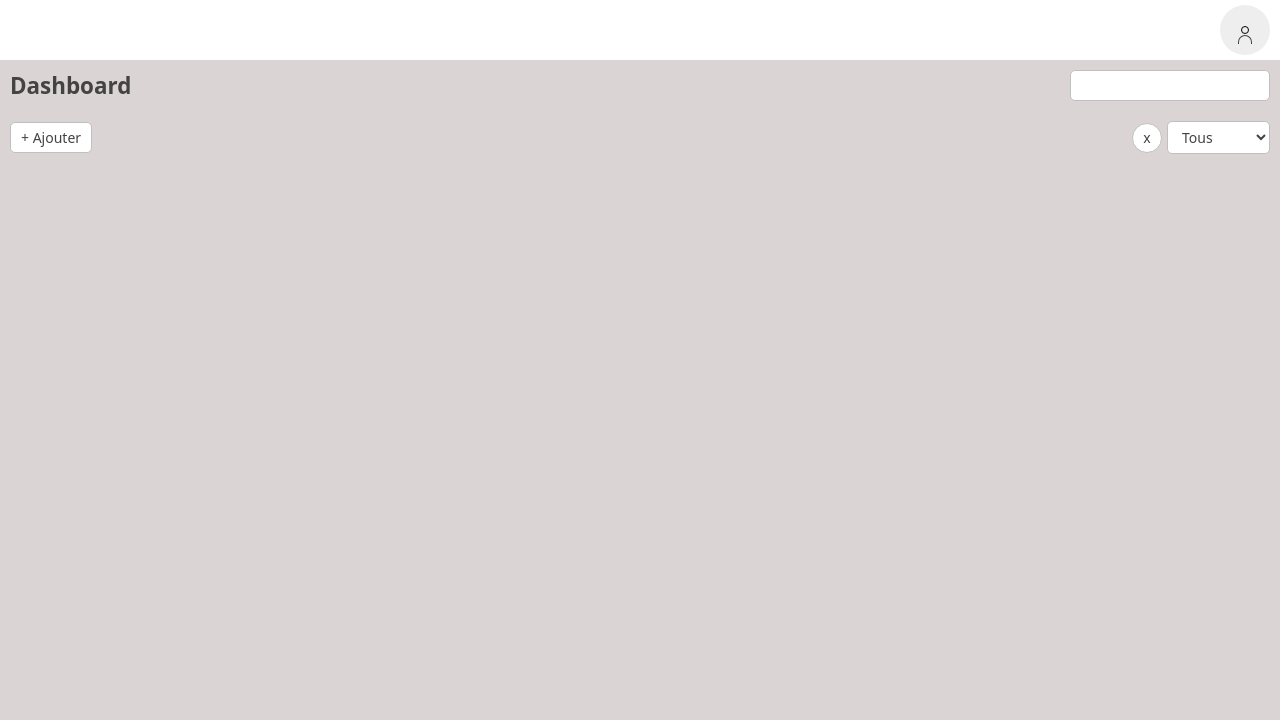
Repository: zpaulange/task_manager
Page: dashboard/index.html
An editor plug-in stored every save of this project. The page is shown before and after a run of saves, followed by the edit.
The browser window is 1280 px wide. The pictures show the whole page.

Above is the page before, as saved 2025-03-06 17:35:35.

### dashboard/index.html
<!DOCTYPE html>
<html lang="en">
<head>
    <meta charset="UTF-8">
    <meta name="viewport" content="width=device-width, initial-scale=1.0">
    <link rel="stylesheet" href="../assets/styles/dashboard/style.css">
    <title>Document</title>
</head>
<body>
  <section class="dashboard">
    <div class="dashboard_right">
      <nav class="dashbaord_nav">
        <a href="#" class="dashbaord_nav_avatar">
          <span></span>
        </a>
      </nav>
      <main class="main">
        <div class="main_header">
          <h1 class="main_header_title">Dashboard</h1>
          <input type="search" name="search" class=" main_header_search" style="width:200px">
        </div>
        <div class="main_header_actions">
          <div class="main_header_actions_left">
            <button class="main_header_actions_btn" id="addTask">+ Ajouter</button>
          </div>
          <div class="main_header_actions_right">
            <button class="main_header_actions_right_btnDel rounded-btn del">x</button>
            <select name="filter" class="main_header_actions_right_filter" id="">
              <option value="0">Tous</option>
              <option value="1">En cours</option>
              <option value="2">Annulés</option>
              <option value="3">Terminés</option>
            </select>
          </div>
        </div>
        <section class="main-task">
          <div class="main-task__content" id="main-task__content">
            <!-- <div class="main-task__content-item">
              <div class="main-task__content-item__title">
                Task title
              </div>
              <p class="main-task__content-item__desc">
                orem ipsum dolor sit amet consectetur adipisicing elit. Est molestias doloremque ex vitae, voluptatibus, saepe sed necessitatibus, dolorum unde debitis vel aperiam quaerat. Maiores ad, minima aliquid consequuntur natus quae!
              </p>
              <div class="main-task__content-item__date">
                2022-01-01
              </div>
              <div class="main-task__content-item__actions">
                <span class="main-task__content-item__actions_status completed">
                  Terminée
                </span>
                <div>
                  <button class="rounded-btn see-more">v+</button>
                  <button class="rounded-btn modify">m</button>
                  <button class="rounded-btn validate">va</button>
                </div>
              </div>
              <input type="radio" name="checkTask" class="checkTask" id="checkTask">
            </div> -->
          </div>
          <!-- <section class="box box-center">
            <h1>Aucune tache disponible...</h1>
          </section> -->

        </section>
      </main>
    </div>
  </section>

  <!-- Modal -->
  <div class="modal" id="taskModal">
    <div class="modal-container">
      <h2 class="modal_title">Ajouter une tache</h2>
      <form action="#" class="form">
        <div class="form_item">
          <label for="taskTitle" class="">Titre</label>
          <input type="text">
        </div>
        <div class="form_item">
          <label for="taskDescription" class="">Description</label>
          <textarea></textarea>
        </div>
        <div class="form_item">
          <label for="taskDate" class="">Date limite</label>
          <input type="date">
        </div>
        <div class="form_item-btn">
          <button id="closeModal">Annuler</button>
          <button type="submit">Ajouter</button>
        </div>
      </form>
    </div>
  </div>

  <script src="../assets/js/script.js"></script>
</body>
</html>

### assets/styles/dashboard/style.css
*{
  margin:0;
  padding:0;
  box-sizing: border-box;
  position:relative;
  font-family: system-ui, sans-serif;
  font-size: 14px;
  color:#434343;
}
body{
  overflow-x: hidden;
}
a{
  text-decoration: none;
}
a:active, a:hover{
  color:#434343;
}
img{
  width: 100%;
  height: auto;
}
ul li{
  list-style: none;
}
input[type="search"],
input[type="text"],
input[type="date"], textarea{
  padding:5px 10px;
  border-radius:5px;
  border:1px solid silver;
  display: block;
  width: 100%;
}
input:focus, select:focus, textarea:focus{
  outline: none;
}

.dashboard{
  min-height: 100vh;
  background-color: #dbd4d4;
}

.dashboard_right{
  min-height: 100vh;
}
.dashbaord_nav{
  background-color: #fff;
  padding:5px 10px;
  display: flex;
  align-items:center;
  justify-content: flex-end;
  z-index: 1000;
  position: sticky;
  top:0;
  left:0;
}
.dashbaord_nav_avatar{
  display: flex;
  align-items: center;
  justify-content: center;
  height:50px;
  width: 50px;
  border-radius:50%;
  background-color: #eee;

}
.dashbaord_nav_avatar span{
  display: inline-block;
  height: 8px;
  width: 8px;
  border-radius:50%;
  border:1px solid #000
}
.dashbaord_nav_avatar span:before{
  content:'';
  position: absolute;
  height: 8px;
  width: 12px;
  border:1px solid;
  left:50%;
  transform: translateX(-50%);
  top:8px;
  border-bottom: none;
  border-top-left-radius: 10px;
  border-top-right-radius: 10px;
}

.main{
  padding:10px;
}
.main_header_title{
  font-size: 1.6rem;
}
.box{
  min-height: calc(100vh - 180px);
  background-color: #fff;
  border-radius:5px;
  padding:10px;
  margin-top:20px
}
.box.box-center{
  display: flex;
  align-items:center;
  justify-content: center;
}

.main_header{
  display: flex;
  justify-content: space-between;
  align-items:center;
  margin-bottom:20px;
}
.main_header_actions{
  display: flex;
  justify-content: space-between;
  align-items:center;
}
.main_header_actions_btn{
  padding:5px 10px;
  border-radius:5px;
  border:1px solid silver;
  background-color: #fff;
  cursor: pointer;
  transition: .2s;
}
.main_header_actions_btn:hover{
  background-color:blue;
  color:#fff;
}
.main_header_actions_right{
  display: flex;
  align-items:center;
  gap:5px;
}
.rounded-btn{
  border-radius:50%;
  border:1px solid silver;
  background-color: #fff;
  cursor: pointer;
  transition: .2s;
  cursor:pointer;
  width: 30px;
  height: 30px;
}
.rounded-btn.del:hover{
  background-color:red;
  color:#fff;
}
.rounded-btn.see-more:hover{
  background-color:blue;
  color:#fff;
}
.rounded-btn.modify:hover{
  background-color:rgb(172, 172, 14);
  color:#fff;
}
.rounded-btn.validate:hover{
  background-color:green;
  color:#fff;
}
.main_header_actions_right_filter{
  padding:5px 10px;
  border-radius:5px;
  border:1px solid silver;
  background-color: #fff;
}

.main-task__content{
  margin-top:20px;
  display: grid;
  grid-template-columns: repeat(auto-fill, minmax(300px, 1fr));
  gap:10px
}
.main-task__content-item{
  background-color:#fff;
  padding:10px;
  border-radius:5px;
  border:1px solid silver
}
.main-task__content-item__title{
  font-size: 1.2rem;
  font-weight: 600;
  padding-right:30px;
}
.main-task__content-item__desc{
  font-size: .8rem;
  line-height: 1.2rem;
  margin-top:10px;
  margin-bottom:10px;
}
.main-task__content-item__date{
  font-size: .8rem;
  text-align: right;
  font-style: italic;
}

.main-task__content-item__actions{
  display: flex;
  justify-content: space-between;
  align-items:center;
  margin-top:10px;
}
.main-task__content-item__actions_status, .form_item-btn button{
  padding:5px 10px;
  border-radius:5px;
  background-color: #fff;
  border:1px solid silver;
  font-size: .8rem;
  font-weight: 600;
}
.main-task__content-item__actions_status.canceled{
  color:red;
  border-color:red;
}
.main-task__content-item__actions_status.pending{
  color:blue;
  border-color:blue;
}
.main-task__content-item__actions_status.completed{
  color:green;
  border-color:green;
}
.checkTask{
  position:absolute;
  top:10px;
  right:10px;
}
.modal{
  position: fixed;
  top:50%;
  left:50%;
  transform: translate(-50%, -50%) scale(0);
  width: 100%;
  height: 100vh;
  background-color: rgba(0, 0, 0, .5);
  display: flex;
  justify-content: center;
  align-items: center;
  z-index: 9999;
  transition:.5s;
}
.modal.active{
  transform: translate(-50%, -50%) scale(1);
}
.modal_title{
  font-size: 1.2rem;
  font-weight: 600;
  margin-bottom:25px;
}
.modal-container{
  background-color: #fff;
  padding:10px;
  border-radius:5px;
  border:1px solid silver;
}

.form_item{
  margin-bottom:20px;
}
.form_item label{
  margin-bottom:3px;
}
.form_item-btn{
  margin-top:10px;
  display: flex;
  justify-content: flex-end;
  gap:10px;

}
.form_item-btn button:hover{
  background-color:blue;
  color:#fff;
  cursor:pointer
}

### assets/js/script.js
const addNewTask = document.querySelector('#addTask')
const addNewTaskModal = document.querySelector('#taskModal')
const closeModal = document.querySelector('#closeModal')

addNewTask.addEventListener('click', (e) => {
  e.preventDefault()
  addNewTaskModal.classList.add('active')
})

closeModal.addEventListener('click', (e) => {
  e.preventDefault()
  addNewTaskModal.classList.remove('active')
})

const TASK = {
  initTask:function(){
    const task = localStorage.getItem('tasks')
    if(task){
      return JSON.parse(task)
    }else{
      localStorage.setItem('tasks', JSON.stringify([]))
    }
    /* if(task) return JSON.parse(task)
    localStorage.setItem('tasks', JSON.stringify([])) */
  },
  displayTask:()=>{
    const taskList = TASK.initTask()
    const mainTask = document.querySelector('#main-task__content')
    if(taskList.length > 0){

    }else{
      mainTask.innerHTML = `
        <section class="box box-center">
          <h1>Aucune tache disponible...</h1>
        </section>
      `
    }
  }
}

TASK.initTask()

After the next 2 saves:
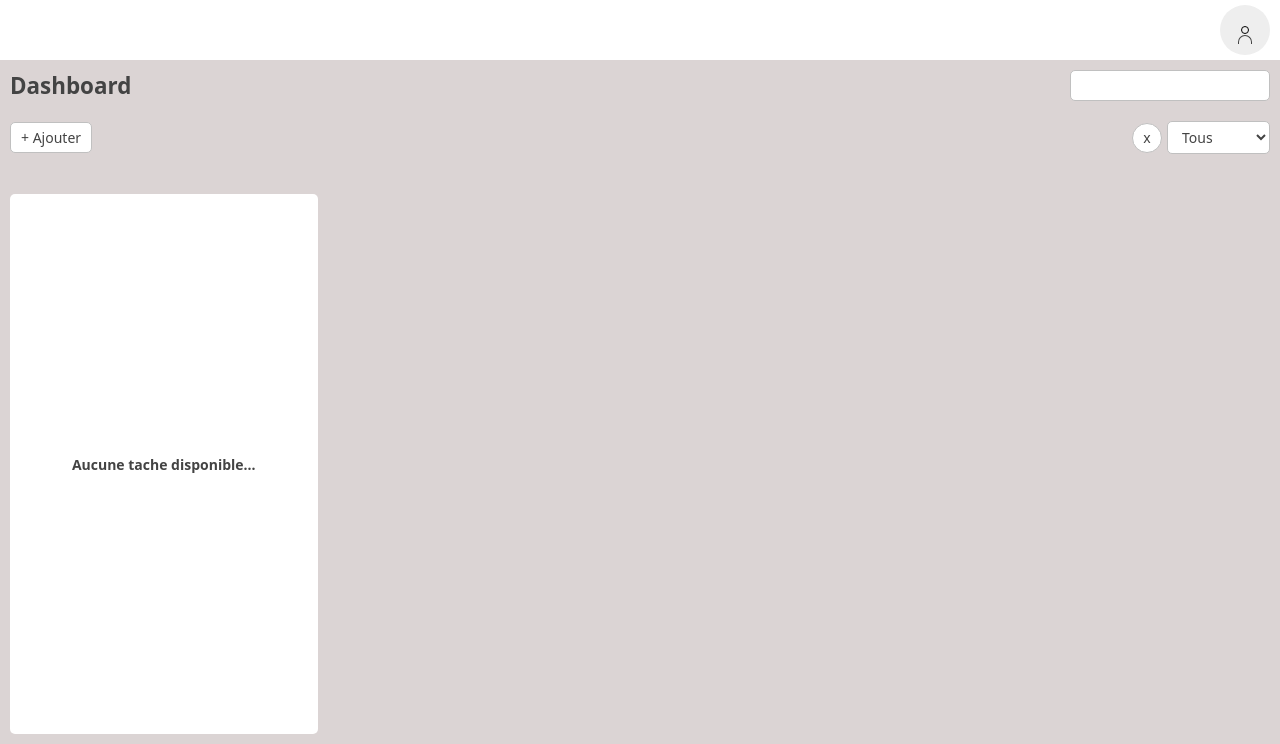
The 2 saves are shown as one change because they came seconds apart.
The last was saved 7 s later.
--- a/assets/js/script.js
+++ b/assets/js/script.js
@@ -39,3 +39,4 @@ const TASK = {
 }
 
 TASK.initTask()
+TASK.displayTask()
